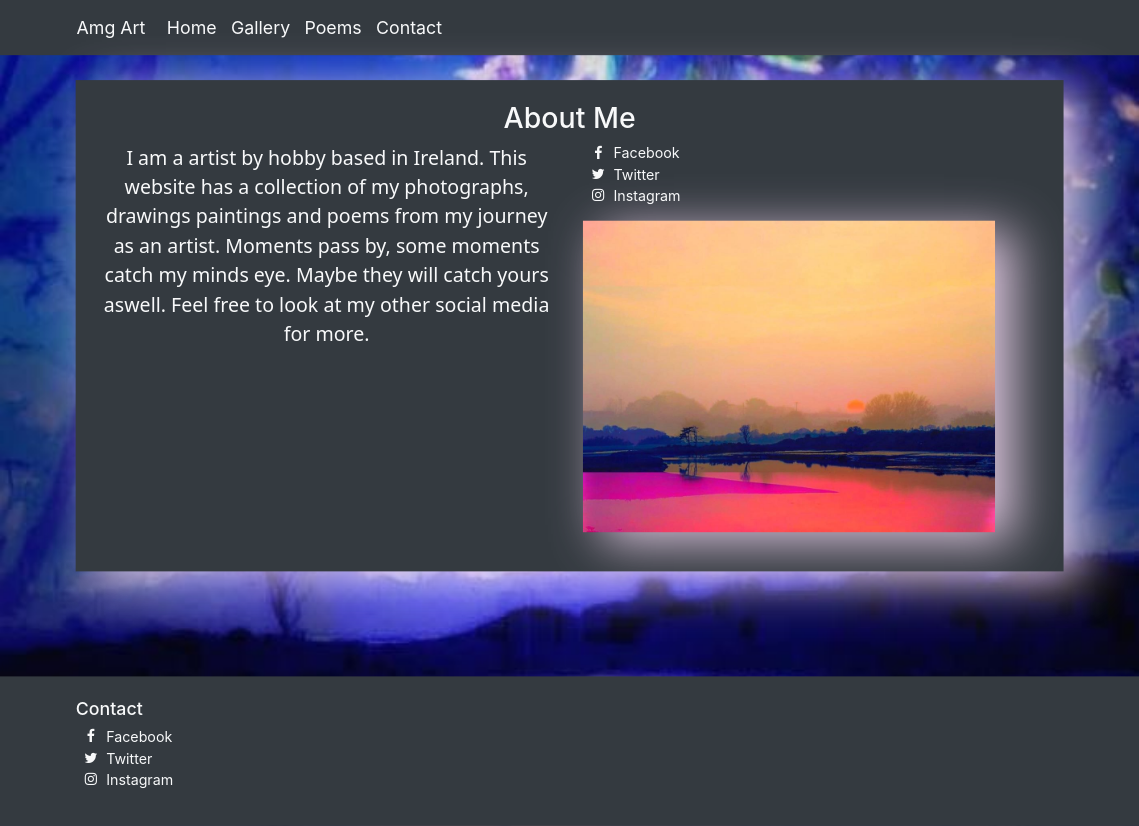
Repository: AllenGleeson/AmgArtGallery
Page: contact.html
The author's editor kept a record of every edit. The page is drawn from the files as they stood at one moment, then again after the next edit.
The browser window is 1280 px wide. The pictures show the whole page, at 89% of full size.

Above is the page before.

### contact.html
<!DOCTYPE html>
<html>

<head>
    <meta charset="UTF-8">
    <meta name="viewport" content="width=device-width, initial-scale=1.0">
    <meta http-equiv="X-UA-Compatible" content="ie=edge">
    <link rel="stylesheet" href="https://stackpath.bootstrapcdn.com/bootstrap/4.3.1/css/bootstrap.min.css" type="text/css" />
    <link rel="stylesheet" href="https://stackpath.bootstrapcdn.com/font-awesome/4.7.0/css/font-awesome.min.css" type="text/css" />
    <link rel="stylesheet" href="assets/css/style.css" type="text/css" />
</head>

<body>
    <header class="bg-dark mb-2">
        <nav class="navbar navbar-expand-sm navbar-light container">
            <a class="navbar-brand text-light" href="/">Amg Art</a>
            <button class="navbar-toggler" type="button" data-toggle="collapse" data-target="#navbarNavAltMarkup" aria-controls="navbarNavAltMarkup" aria-expanded="false" aria-label="Toggle navigation">
                <span class="navbar-toggler-icon"></span>
            </button>
            <div class="collapse navbar-collapse" id="navbarNavAltMarkup">
                <div class="navbar-nav">
                    <a class="nav-item nav-link text-light" href="/">Home</a>
                    <a class="nav-item nav-link text-light" href="/gallery1.html">Gallery</a>
                    <a class="nav-item nav-link text-light" href="/poems.html">Poems</a>
                    <a class="nav-item nav-link text-light active" href="/contact.html">Contact <span class="sr-only">(current)</span></a>
                </div>
            </div>
        </nav>
    </header>

    <section class="container">
        <div>

            <div class="bg-dark p-4 aboutmeContainer">
                <h2  class="text-center text-light">About Me</h2>
                <div class="row">
                    <div class="col-sm-6 text-center text-light" id="aboutmeBio">
                        <p>
                            I am a artist by hobby based in Ireland. This website has a collection of my photographs, drawings paintings and poems from my journey as an artist. Moments pass by, some moments catch my minds eye. Maybe they will catch yours aswell. Feel free to look
                            at my other social media for more.
                        </p>
                    </div>
                    <div class="col-sm-6">
                        <ul class="fa-ul">
                            <li><a href="www.facebook.com/amgasdsd" class="text-light"><span><i class="fa-li fa fa-facebook"></i>Facebook</span></a></li>
                            <li><a href="www.twitter.com/amgasdsd" class="text-light"><i class="fa-li fa fa-twitter"></i><span>Twitter</span></a></li>
                            <li><a href="www.instagram.com/amgasdsd" class="text-light"><i class="fa-li fa fa-instagram"></i><span>Instagram</span></a></li>
                        </ul>
                        <img src="assets/images/pinkandred.jpg" id="aboutImage"></img>
                    </div>
                </div>
            </div>


        </div>
    </section>

    <footer class="mt-2 p-4 bg-dark text-light">
        <div class="container">
            <div class="row">
                <div class="col-sm-6">
                    <h5>Contact</h5>

                    <ul class="fa-ul">
                        <li><a href="www.facebook.com/amgasdsd" class="text-light"><i class="fa-li fa fa-facebook"></i><span>Facebook</span></a></li>
                        <li><a href="www.twitter.com/amgasdsd" class="text-light"><i class="fa-li fa fa-twitter"></i><span>Twitter</span></a></li>
                        <li><a href="www.instagram.com/amgasdsd" class="text-light"><i class="fa-li fa fa-instagram"></i><span>Instagram</span></a></li>
                    </ul>
                </div>
            </div>
        </div>
    </footer>

    <script src="https://code.jquery.com/jquery-3.3.1.slim.min.js" integrity="sha384-q8i/X+965DzO0rT7abK41JStQIAqVgRVzpbzo5smXKp4YfRvH+8abtTE1Pi6jizo" crossorigin="anonymous"></script>
    <script src="https://cdnjs.cloudflare.com/ajax/libs/popper.js/1.14.7/umd/popper.min.js" integrity="sha384-UO2eT0CpHqdSJQ6hJty5KVphtPhzWj9WO1clHTMGa3JDZwrnQq4sF86dIHNDz0W1" crossorigin="anonymous"></script>
    <script src="https://stackpath.bootstrapcdn.com/bootstrap/4.3.1/js/bootstrap.min.js" integrity="sha384-JjSmVgyd0p3pXB1rRibZUAYoIIy6OrQ6VrjIEaFf/nJGzIxFDsf4x0xIM+B07jRM" crossorigin="anonymous"></script>
</body>

</html>

### assets/css/style.css
section {
    display: block;
    width: 1800px;
    padding: 20px;
}

/*------------------------------------------------Color*/

.contentColor {
    background-color: #6A5ACD;
}

/*------------------------------------------------Nav Bar*/

.navbar-toggler {
    background-color: #fafafa;
}

.navbar-nav {
    font-size: 20px;
}

body {
    background-image: url("../images/bluescape.jpg");
    background-size: cover;
    background-repeat: no-repeat;
    background-position: center center;
}


/*------------------------------------------------Home Page*/

#FeaturedImages {
    border: 1px solid black;
    border-color: #fafafa;
    max-height: 700px;
    margin-left: auto;
    margin-right: auto;
    width: fit-content;
}

.carousel-item img {
    max-height: 700px;
}

@media only screen and (max-width: 768px) {
    .carousel-item img {
        max-height: 300px;
        max-width: 300px;
    }
}

/*------------------------------------------------Gallery Page*/

.galleryImage {
    max-height: 350px;
    max-width: 100%;
    margin-bottom: 20px;
    -webkit-box-shadow: 21px 11px 53px 0px rgba(235, 209, 235, 0.92);
    -moz-box-shadow: 21px 11px 53px 0px rgba(235, 209, 235, 0.92);
    box-shadow: 21px 11px 53px 0px rgba(235, 209, 235, 0.92);
}

@media only screen and (max-width: 768px) {
    .galleryImage {
        max-height: none;
    }
}

.page-item.disabled .page-link {
    color: #dee2e6;
    pointer-events: none;
    cursor: auto;
    background-color: #343a40;
}

.page-item.active .page-link {
    z-index: 1;
    color: #343a40;
    background-color: #fff;
    border-color: #fff;
}

.page-link {
    position: relative;
    display: block;
    padding: .5rem .75rem;
    margin-left: -1px;
    line-height: 1.25;
    color: #fafafa;
    background-color: #343a40;
    border: 1px solid #dee2e6;
}

/*------------------------------------------------Poems*/

.poems {
    max-width: 100%;
    -webkit-box-shadow: 21px 11px 53px 0px rgba(235, 209, 235, 0.92);
    -moz-box-shadow: 21px 11px 53px 0px rgba(235, 209, 235, 0.92);
    box-shadow: 21px 11px 53px 0px rgba(235, 209, 235, 0.92);
    padding: 0;
    border: none;
}

/*------------------------------------------------Contact*/

.aboutmeContainer {
    -webkit-box-shadow: 21px 11px 53px 0px rgba(235, 209, 235, 0.92);
    -moz-box-shadow: 21px 11px 53px 0px rgba(235, 209, 235, 0.92);
    box-shadow: 21px 11px 53px 0px rgba(235, 209, 235, 0.92);
    margin-bottom: 90px;
}

#aboutmeBio {
    font-size: 22px;
    font-family: Noto Sans, "san-serif";
    color: #fafafa;
}

#aboutImage {
    max-height: 350px;
    max-width: 100%;
    margin-bottom: 20px;
    -webkit-box-shadow: 21px 11px 53px 0px rgba(235, 209, 235, 0.92);
    -moz-box-shadow: 21px 11px 53px 0px rgba(235, 209, 235, 0.92);
    box-shadow: 21px 11px 53px 0px rgba(235, 209, 235, 0.92);
}

@media only screen and (max-width: 768px) {
    #aboutImage {
        max-height: none;
    }
}

/*------------------------------------------------Footer*/

footer {
    bottom: 0;
    width: 100%;
    white-space: nowrap;
    /* Set the fixed height of the footer here */
    margin: 0;
    margin-top: 250px;
}

@media only screen and (max-width: 500px) {
    footer {
        margin-top: 20px;
    }
}

#footer-icon {
    max-width: 150px;
}

After the next edit:
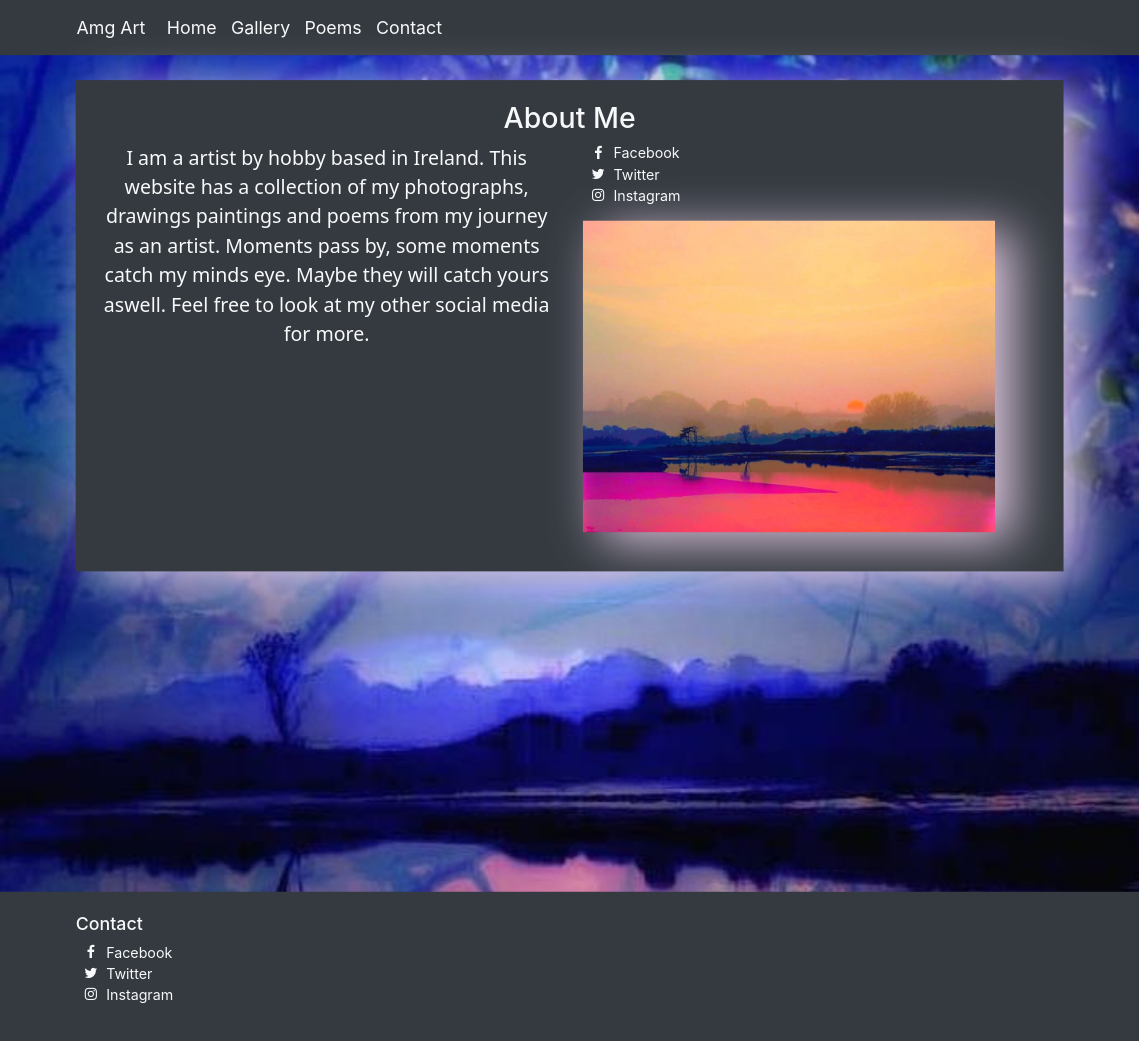
The edit:
--- a/contact.html
+++ b/contact.html
@@ -55,7 +55,7 @@
         </div>
     </section>
 
-    <footer class="mt-2 p-4 bg-dark text-light">
+    <footer class="p-4 bg-dark text-light">
         <div class="container">
             <div class="row">
                 <div class="col-sm-6">
